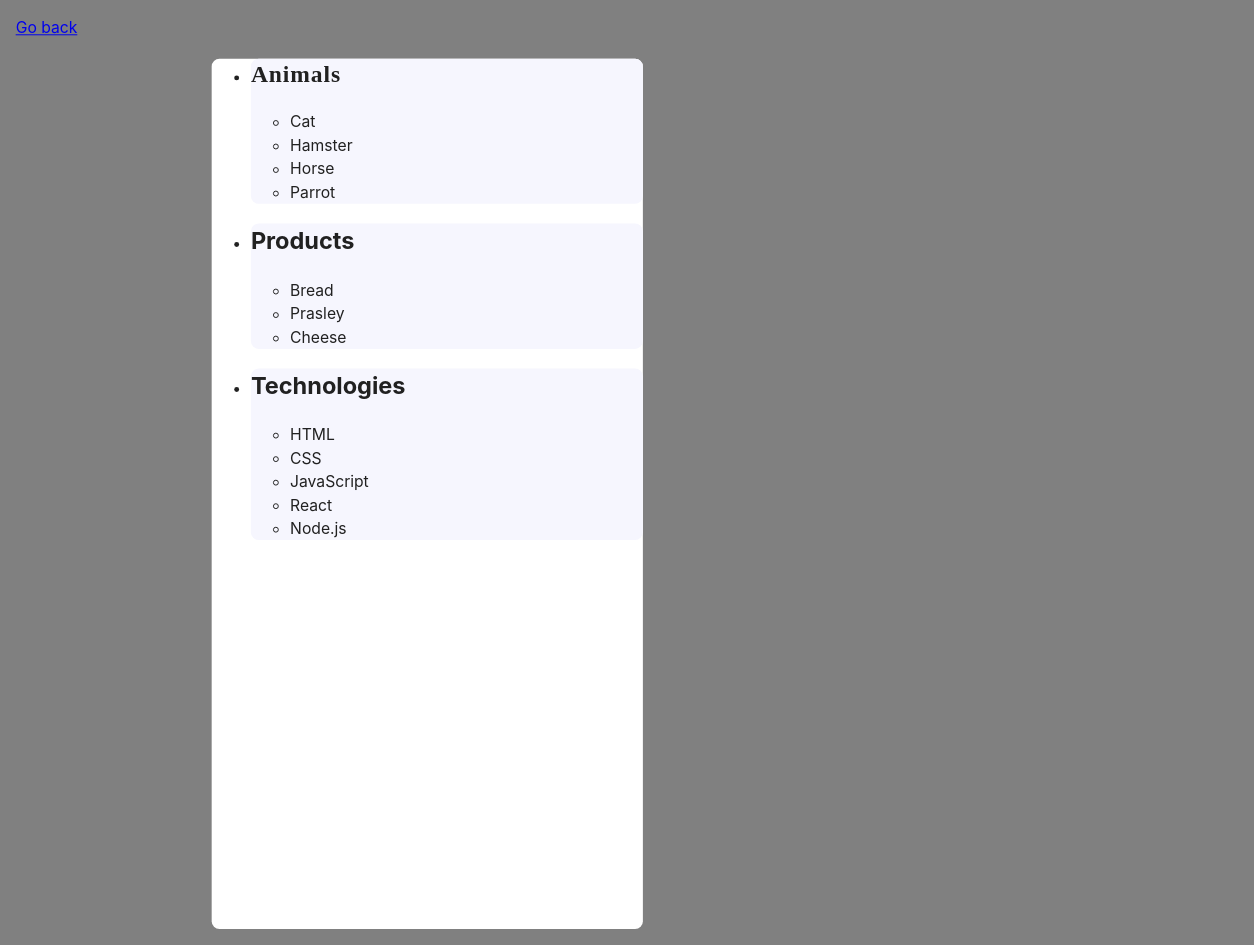
Repository: ViacheslavParfenenko/goit-js-hw-07
Page: task-1.html
The author's editor kept a copy of each file at every save. The page is drawn from the files as they stood at one save, then again after the next save.
The browser window is 1280 px wide. The pictures show the whole page, at 98% of full size.

Above is the page before, as saved 2024-07-09 17:07:54.

After the next save:
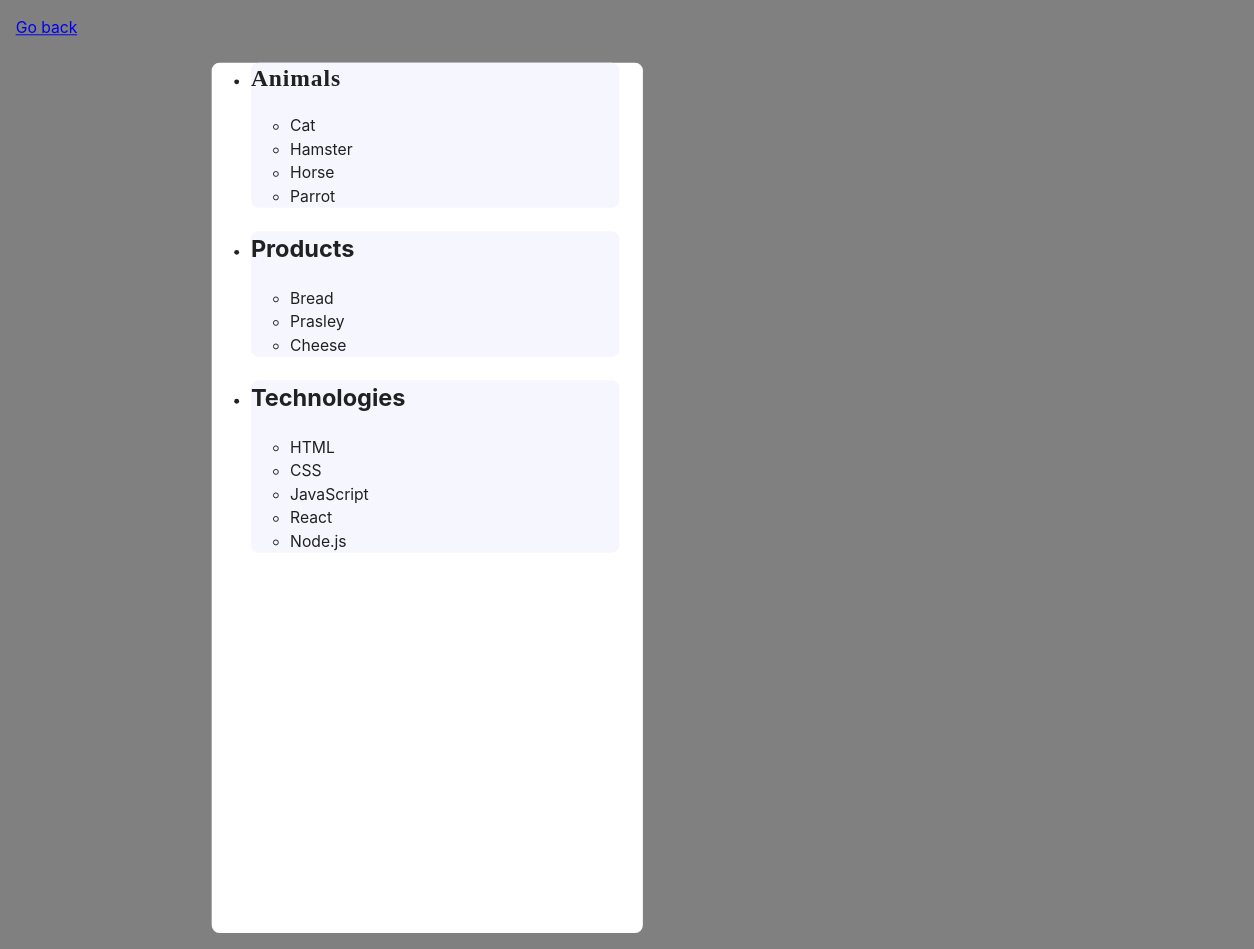
Saved 40 s later.
--- a/css/common.css
+++ b/css/common.css
@@ -4,8 +4,8 @@
 
 body {
   margin: 16px;
-  font-family: -apple-system, BlinkMacSystemFont, 'Segoe UI', Roboto, Oxygen,
-    Ubuntu, Cantarell, 'Open Sans', 'Helvetica Neue', sans-serif;
+  font-family: -apple-system, BlinkMacSystemFont, "Segoe UI", Roboto, Oxygen,
+    Ubuntu, Cantarell, "Open Sans", "Helvetica Neue", sans-serif;
   -webkit-font-smoothing: antialiased;
   -moz-osx-font-smoothing: grayscale;
   background-color: gray;
@@ -18,38 +18,29 @@ body {
 
   background-color: #fff;
   width: 440px;
-  height: 888px;;
+  height: 888px;
   gap: 24px;
   border-radius: 8px 8px 8px 8px;
-
-
-
 }
 
 .item {
-
   flex: auto;
-  background-color:  #F6F6FE;
-  ;
-   width: 392;
-   height: ;
-   border-radius: 8px 8px 8px 8px;
-
+  margin-right: 24px;
+  margin-top: 24px;
+  background-color: #f6f6fe;
+  width: 392;
+  height: ;
+  border-radius: 8px 8px 8px 8px;
 }
 
 .item-name {
-
-font-family: Montserrat;
-font-size: 24px;
-font-weight: 600;
-line-height: 32px;
-letter-spacing: 0.04em;
-text-align: left;
-
-
+  font-family: Montserrat;
+  font-size: 24px;
+  font-weight: 600;
+  line-height: 32px;
+  letter-spacing: 0.04em;
+  text-align: left;
 }
 
 .one-item-name {
-
-
 }
